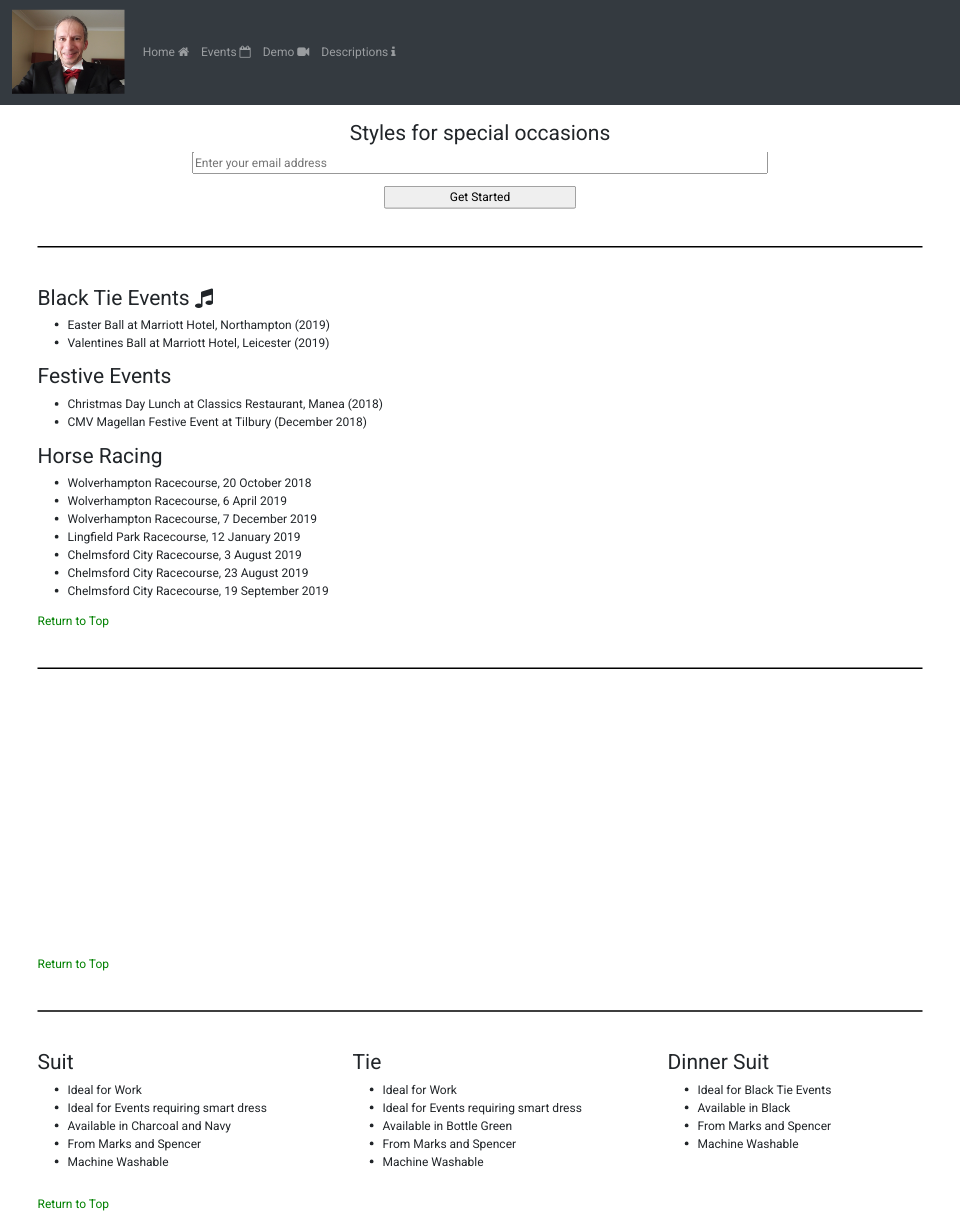
Repository: derektypist/product-landing-page
Page: index.html
The author's editor kept a record of every edit. The page is drawn from the files as they stood at one moment, then again after the next edit.
The browser window is 1280 px wide. The page is 1295 px wide, so the pictures cover 1295 px, including what lies to the right of the window. The pictures show the whole page, at 75% of full size.
Pictures or frames that could not be fetched are drawn as grey boxes.

Above is the page before.

After the next edit:
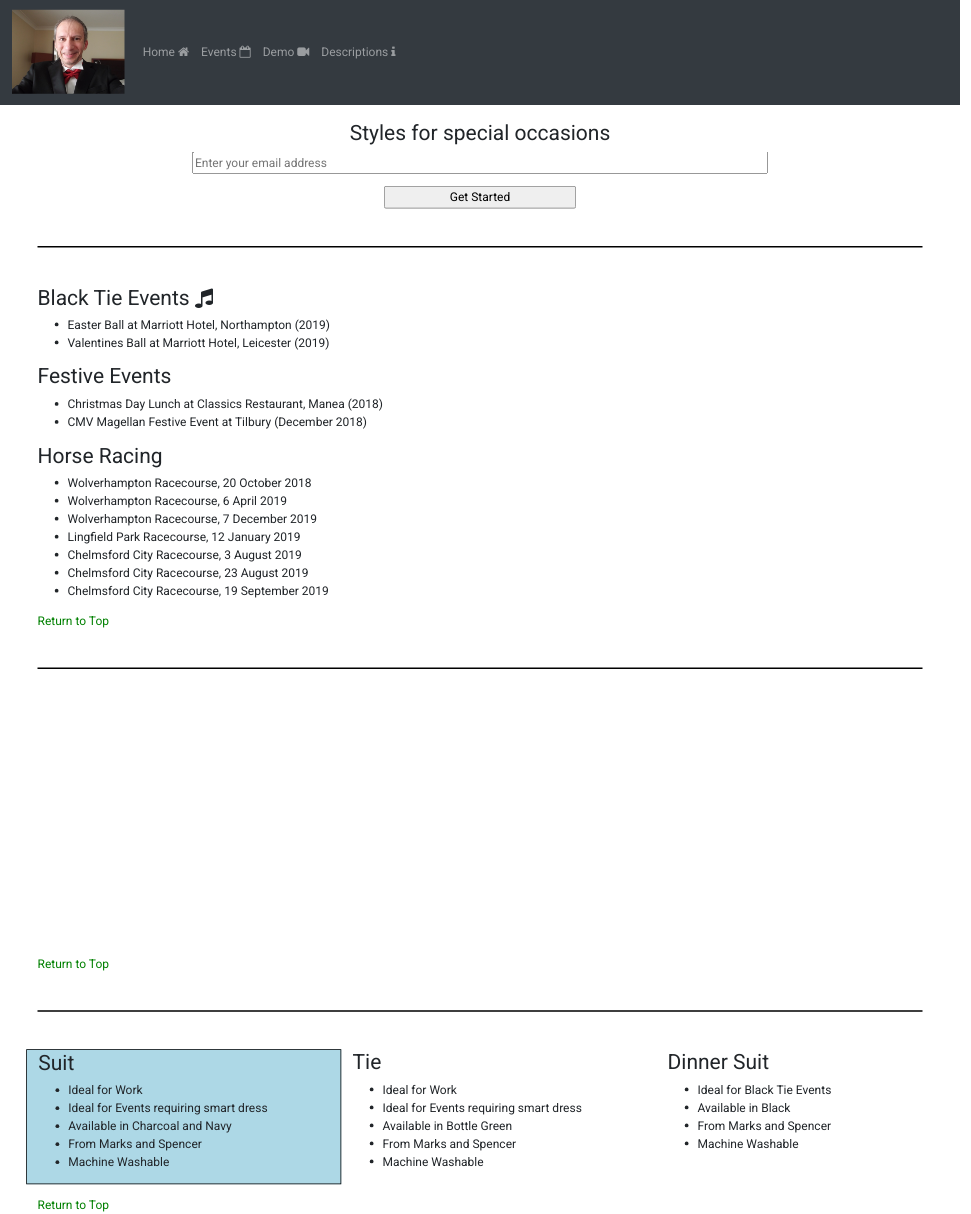
The edit:
--- a/index.html
+++ b/index.html
@@ -206,7 +206,7 @@
         <!-- Provide Section for Descriptions -->
         <section id="descriptions">
             <article class="row">
-                <article class="col-sm-4">
+                <article class="suit col-sm-4">
                     <!-- Provide Article for Suit -->
                     <h3>Suit</h3>
                     <ul>
